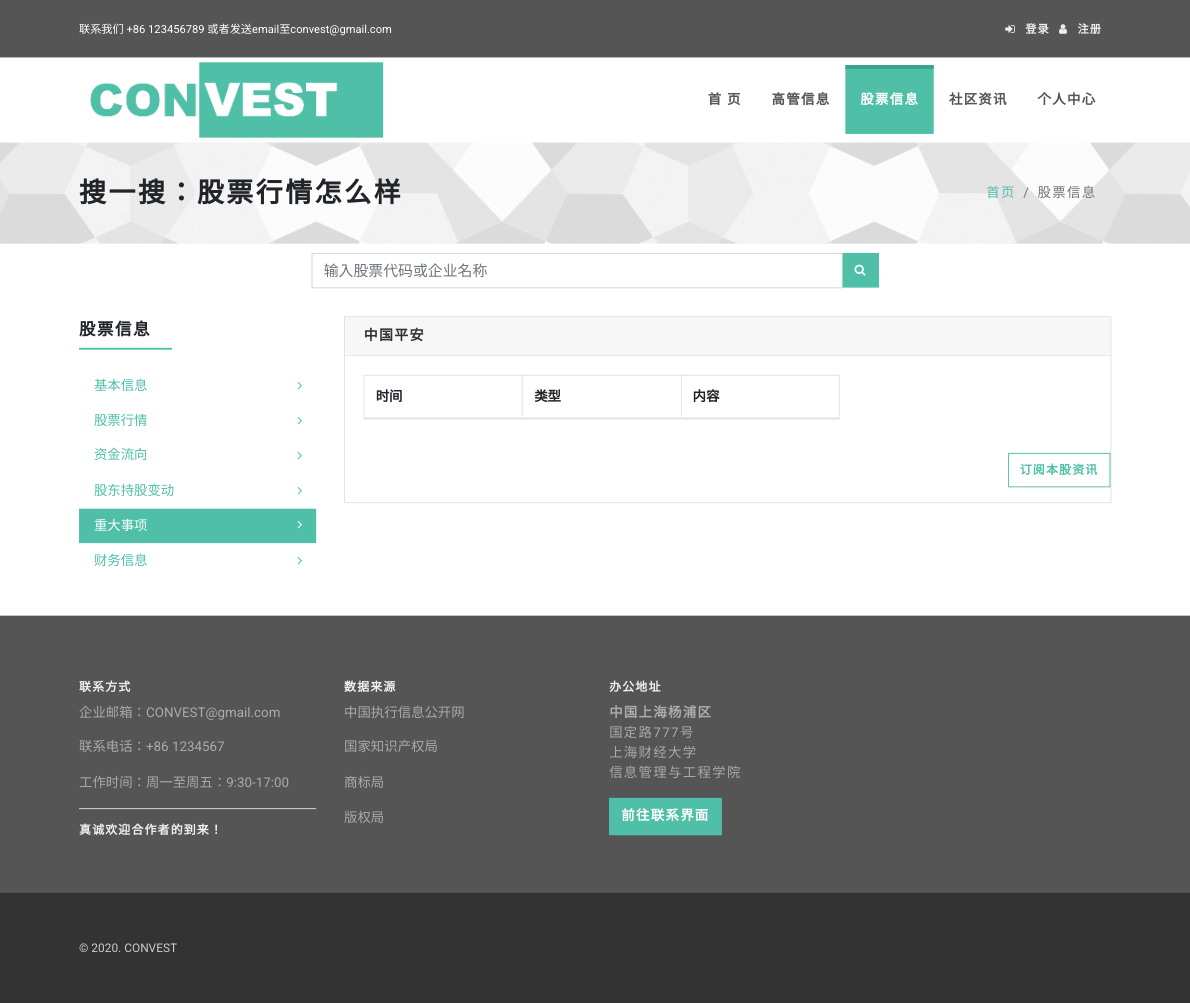
Repository: SUFELYZ/CONVEST
Page: http://localhost/CONVEST/template-blocks.jsp
The author's editor kept a copy of each file at every save. The page is drawn from the files as they stood at one save, then again after the next save.
The browser window is 1280 px wide. The pictures show the whole page, at 93% of full size.
The page is served by Tomcat 9. Other server files are loaded and not shown.

Above is the page before, as saved 2021-01-01 11:45:46.

### CONVEST 1.0/CONVEST/WebContent/template-blocks.jsp
<%@ page language="java" contentType="text/html;  charset=UTF-8" pageEncoding="UTF-8"%>
<!DOCTYPE html>
<html>
  <head>
    <meta charset="utf-8">
    <meta http-equiv="X-UA-Compatible" content="IE=edge">
    <title>CONVEST</title>
    <meta name="description" content="">
    <meta name="viewport" content="width=device-width, initial-scale=1">
    <meta name="robots" content="all,follow">
    <!-- Bootstrap CSS-->
    <link rel="stylesheet" href="vendor/bootstrap/css/bootstrap.min.css">
    <!-- Font Awesome CSS-->
    <link rel="stylesheet" href="vendor/font-awesome/css/font-awesome.min.css">
    <!-- Google fonts - Roboto-->
    <link rel="stylesheet" href="https://fonts.googleapis.com/css?family=Roboto:300,400,700">
    <!-- Bootstrap Select-->
    <link rel="stylesheet" href="vendor/bootstrap-select/css/bootstrap-select.min.css">
    <!-- owl carousel-->
    <link rel="stylesheet" href="vendor/owl.carousel/assets/owl.carousel.css">
    <link rel="stylesheet" href="vendor/owl.carousel/assets/owl.theme.default.css">
    <!-- theme stylesheet-->
    <link rel="stylesheet" href="css/style.default.css" id="theme-stylesheet">
    <!-- Custom stylesheet - for your changes-->
    <link rel="stylesheet" href="css/custom.css">


    <!-- Favicon and apple touch icons-->
    <link rel="shortcut icon" href="img/favicon.ico" type="image/x-icon">
    <link rel="apple-touch-icon" href="img/apple-touch-icon.png">
    <link rel="apple-touch-icon" sizes="57x57" href="img/apple-touch-icon-57x57.png">
    <link rel="apple-touch-icon" sizes="72x72" href="img/apple-touch-icon-72x72.png">
    <link rel="apple-touch-icon" sizes="76x76" href="img/apple-touch-icon-76x76.png">
    <link rel="apple-touch-icon" sizes="114x114" href="img/apple-touch-icon-114x114.png">
    <link rel="apple-touch-icon" sizes="120x120" href="img/apple-touch-icon-120x120.png">
    <link rel="apple-touch-icon" sizes="144x144" href="img/apple-touch-icon-144x144.png">
    <link rel="apple-touch-icon" sizes="152x152" href="img/apple-touch-icon-152x152.png">
    <!-- Tweaks for older IEs--><!--[if lt IE 9]>
        <script src="https://oss.maxcdn.com/html5shiv/3.7.3/html5shiv.min.js"></script>
        <script src="https://oss.maxcdn.com/respond/1.4.2/respond.min.js"></script><![endif]-->
  </head>
 <body>
    <div id="all">
      <!-- Top bar-->
      <div class="top-bar">
        <div class="container">
          <div class="row d-flex align-items-center">
            <div class="col-md-6 d-md-block d-none">
              <p>联系我们 +86 123456789 或者发送email至convest@gmail.com</p>
            </div>
            <div class="col-md-6">
              <div class="d-flex justify-content-md-end justify-content-between">
                <ul class="list-inline contact-info d-block d-md-none">
                  <li class="list-inline-item"><a href="#"><i class="fa fa-phone"></i></a></li>
                  <li class="list-inline-item"><a href="#"><i class="fa fa-envelope"></i></a></li>
                </ul>
                <div class="login"><a href="#" data-toggle="modal" data-target="#login-modal" class="login-btn"><i class="fa fa-sign-in"></i><span class="d-none d-md-inline-block">登录</span></a><a href="customer-register.jsp" class="signup-btn"><i class="fa fa-user"></i><span class="d-none d-md-inline-block">注册</span></a></div>

              </div>
            </div>
          </div>
        </div>
      </div>
      <!-- Top bar end-->
      <!-- Login Modal-->
      <div id="login-modal" tabindex="-1" role="dialog" aria-labelledby="login-modalLabel" aria-hidden="true" class="modal fade">
        <div role="document" class="modal-dialog">
          <div class="modal-content">
            <div class="modal-header">
              <h4 id="login-modalLabel" class="modal-title">用户登录</h4>
              <button type="button" data-dismiss="modal" aria-label="Close" class="close"><span aria-hidden="true">×</span></button>
            </div>
            <div class="modal-body">
              <form action="个人中心.jsp" method="get">
                <div class="form-group">
                  <input id="email_modal" type="text" placeholder="email" class="form-control">
                </div>
                <div class="form-group">
                  <input id="password_modal" type="password" placeholder="密码" class="form-control">
                </div>
                <p class="text-center">
                  <button class="btn btn-template-outlined"><i class="fa fa-sign-in"></i> 登录</button>
                </p>
              </form>
              <p class="text-center text-muted">还没注册？</p>
              <p class="text-center text-muted"><a href="customer-register.jsp"><strong>即刻注册</strong></a>! 只需一分钟，体验更多功能！</p>
            </div>
          </div>
        </div>
      </div>
      <!-- Login modal end-->
      <!-- Navbar Start-->
      <header class="nav-holder make-sticky">
        <div id="navbar" role="navigation" class="navbar navbar-expand-lg">
          <div class="container"><a href="首页.jsp" class="navbar-brand home"><img src="img/logo.png" alt="Universal logo" class="d-none d-md-inline-block"><img src="img/logo-small.png" alt="Universal logo" class="d-inline-block d-md-none"><span class="sr-only">Universal - go to homepage</span></a>
            <button type="button" data-toggle="collapse" data-target="#navigation" class="navbar-toggler btn-template-outlined"><span class="sr-only">Toggle navigation</span><i class="fa fa-align-justify"></i></button>
            <div id="navigation" class="navbar-collapse collapse">
              <ul class="nav navbar-nav ml-auto">
                <li class="nav-item dropdown menu-large"><a href="首页.jsp" >首 页 <b class="caret"></b></a>

                </li>
                <li class="nav-item dropdown menu-large"><a href="高管信息.jsp">高管信息 <b class="caret"></b></a>

                </li>
                <li class="nav-item dropdown active"><a href="股票信息.jsp" >股票信息<b class="caret"></b></a>

                </li>
                <li class="nav-item dropdown menu-large"><a href="社区资讯.jsp" >社区资讯 <b class="caret"></b></a>

                </li>

                <li class="nav-item dropdown menu-large"><a href="个人中心.jsp" >个人中心 <b class="caret"></b></a>

                </li>                <!-- ========== Contact dropdown end ==================-->
              </ul>
            </div>
            <div id="search" class="collapse clearfix">
              <form role="search" class="navbar-form">
                <div class="input-group">
                  <input type="text" placeholder="Search" class="form-control"><span class="input-group-btn">
                    <button type="submit" class="btn btn-template-main"><i class="fa fa-search"></i></button></span>
                </div>
              </form>
            </div>
          </div>
        </div>
      </header>
      <!-- Navbar End-->

      <div id="heading-breadcrumbs">
        <div class="container">
          <div class="row d-flex align-items-center flex-wrap">
            <div class="col-md-7">
              <h1 class="h2">搜一搜：股票行情怎么样</h1>
            </div>
            <div class="col-md-5">
              <ul class="breadcrumb d-flex justify-content-end">
                <li class="breadcrumb-item"><a href="首页.jsp">首页</a></li>
                <li class="breadcrumb-item active">股票信息</li>
              </ul>
            </div>
          </div>
        </div>
      </div>

       <div class="col-md-6" >

                  <form role="search" >
                    <div class="input-group" >
                      <input type="text" placeholder="输入股票代码或企业名称" class="form-control" id="stock_event_id"><span class="input-group-btn" id="template">
                        <button type="submit" class="btn btn-template-main"><i class="fa fa-search"></i></button></span>
                    </div>
                  </form>
                </div>

      <section class="bar">
        <div class="container">
          <div class="row">

            <div class="col-lg-3">
              <!-- MENUS AND WIDGETS -->
              <div class="panel panel-default sidebar-menu with-icons">
                <div class="panel-heading">
                  <h3 class="h4 panel-title">股票信息</h3>
                </div>
                <div class="panel-body">
                  <ul class="nav nav-pills flex-column text-sm">
                    <li class="nav-item"><a href="股票信息.jsp" class="nav-link">基本信息</a></li>
                    <li class="nav-item"><a href="template-alerts.jsp" class="nav-link">股票行情</a></li>
                    <li class="nav-item"><a href="template-buttons.jsp" class="nav-link">资金流向</a></li>
                    <li class="nav-item"><a href="template-content-boxes.jsp" class="nav-link">股东持股变动</a></li>
                    <li class="nav-item"><a href="template-blocks.jsp" class="nav-link active">重大事项</a></li>
                    <li class="nav-item"><a href="template-pagination.jsp" class="nav-link">财务信息</a></li>

                  </ul>
                </div>
              </div>
            </div>

            <div class="col-lg-9">
              <div id="accordion" role="tablist" class="mb-5">
                <div class="card">
                  <div id="headingOne" role="tab" class="card-header">
                    <h5 class="mb-0"><a data-toggle="collapse" href="#collapseOne" aria-expanded="true" aria-controls="collapseOne">中国平安</a></h5>
                  </div>
                  <div id="collapseOne" role="tabpanel" aria-labelledby="headingOne" data-parent="#accordion" class="collapse show">
                    <div class="card-body">
                      <div class="row">
                        <div class="col-md-8">
                           <div class="stock_event_info">

         <table class="table table-hover table-bordered" id="stock_event">
                     <thead>
                                     <tr>
                                       <th>时间</th>
                                       <th>类型</th>
                                       <th>内容</th>
                                     </tr>
                                   </thead>

	  <tbody id="stock_event-body">
	 </tbody>
	 <script type="text/html" id="stock_event-script">
{{each data value i}}
<tr class="table-data-line">
<td> {{value.eventtime}}</td>
<td> {{value.eventtype}}</td>
<td> {{value.eventcontent}}</td>
</tr>
{{/each}}
	 </script>
	 </table>
                        </div>
                      </div>
                    </div>
                  </div>
                </div>
                <p class="read-more text-right"><a href="blog-post.jsp" class="btn btn-template-outlined">订阅本股资讯</a></p>



              </div>


          </div>
        </div>
      </section>

      <!-- FOOTER -->
     <footer class="main-footer">
        <div class="container">
          <div class="row">
            <div class="col-lg-3">
              <h4 class="h6">联系方式</h4>
              <p>企业邮箱：<a href="mailto:CONVEST@gmail.com" rel="nofollow">CONVEST@gmail.com</a></p>
              <p>联系电话：+86 1234567</p>
              <p>工作时间：周一至周五：9:30-17:00</p>
              <hr>
              <h4 class="h6">真诚欢迎合作者的到来！</h4>

              <hr class="d-block d-lg-none">
            </div>
            <div class="col-lg-3">
              <h4 class="h6">数据来源</h4>
              <p><a href="http://zxgk.court.gov.cn/" target="_blank" rel="nofollow">中国执行信息公开网</a></p>
              <p><a href="http://www.sipo.gov.cn/" target="_blank" rel="nofollow">国家知识产权局</a></p>
              <p><a href="http://sbj.cnipa.gov.cn/" target="_blank" rel="nofollow">商标局</a></p>
              <p><a href="http://www.ncac.gov.cn/" target="_blank" rel="nofollow">版权局</a></p>

            </div>

            <div class="col-lg-3">
              <h4 class="h6">办公地址</h4>
              <p class="text-uppercase"><strong>中国上海杨浦区</strong><br>国定路777号 <br>上海财经大学<br>信息管理与工程学院<br><strong></strong></p><a href="contact.jsp" class="btn btn-template-main">前往联系界面</a>
              <hr class="d-block d-lg-none">
            </div>

          </div>
        </div>
        <div class="copyrights">
          <div class="container">
            <div class="row">
              <div class="col-lg-4 text-center-md">
                <p>&copy; 2020. CONVEST</p>
              </div>

            </div>
          </div>
        </div>
      </footer>
    </div>
    <!-- Javascript files-->
    <script src="vendor/jquery/jquery.min.js"></script>
    <script src="vendor/popper.js/umd/popper.min.js"> </script>
    <script src="vendor/bootstrap/js/bootstrap.min.js"></script>
    <script src="vendor/jquery.cookie/jquery.cookie.js"> </script>
    <script src="vendor/waypoints/lib/jquery.waypoints.min.js"> </script>
    <script src="vendor/jquery.counterup/jquery.counterup.min.js"> </script>
    <script src="vendor/owl.carousel/owl.carousel.min.js"></script>
    <script src="vendor/owl.carousel2.thumbs/owl.carousel2.thumbs.min.js"></script>
    <script src="js/jquery.parallax-1.1.3.js"></script>
    <script src="vendor/bootstrap-select/js/bootstrap-select.min.js"></script>
    <script src="vendor/jquery.scrollto/jquery.scrollTo.min.js"></script>
    <script src="js/front.js"></script>
    <script src="js/jquery.dataTables.min.js"></script>
    <script src="js/template.js"></script>
  </body>
  <script>
  $('body').on('click', '#template', function () {



	    jQuery.noConflict();
	    jQuery('#stock_event').dataTable().fnDestroy();
	    jQuery.ajax({

	        url: "Querystock_event",
	        type: "post",
	        cache:false,
	        data:{
	        	stock_event:jQuery("#stock_event_id").val(),

	        },
	        async: false,
	        success: function (data) {
	            console.log(data);
	            jQuery("#stock_event-body").empty();
	            jQuery("#stock_event-body").append(template("stock_event-script", { data: data }));

	        }, error: function (data) {
	        }
	    });

 });


 </script>
</html>

Loaded but not shown: CONVEST 1.0/CONVEST/WebContent/css/custom.css (common file); CONVEST 1.0/CONVEST/WebContent/js/jquery.parallax-1.1.3.js (common file); CONVEST 1.0/CONVEST/WebContent/js/jquery.dataTables.min.js (library); CONVEST 1.0/CONVEST/WebContent/js/template.js (library); CONVEST 1.0/CONVEST/WebContent/js/front.js (295 lines, source omitted); CONVEST 1.0/CONVEST/WebContent/css/style.default.css (3694 lines, source omitted)

After the next save:
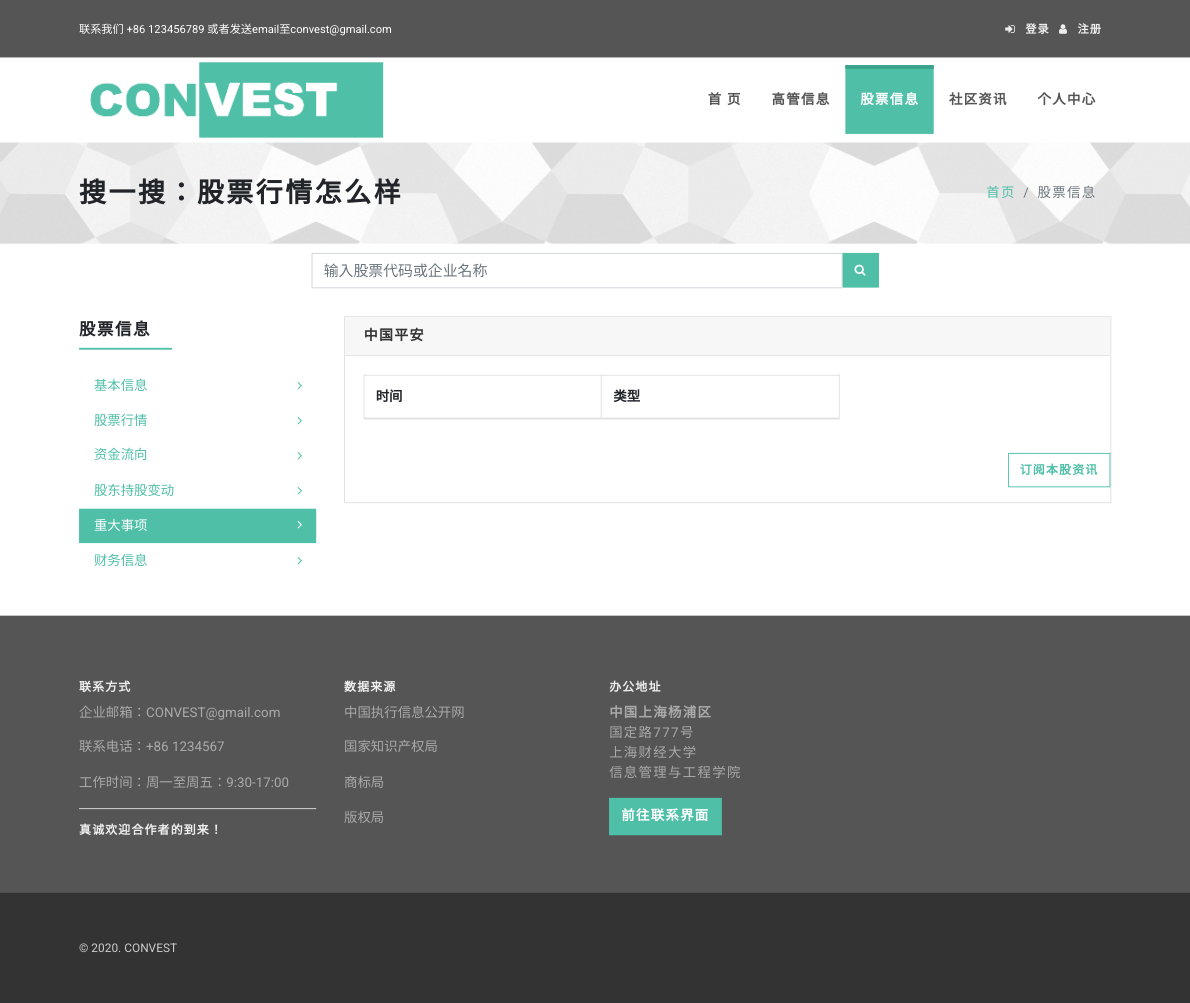
Saved 11 s later.
--- a/CONVEST 1.0/CONVEST/WebContent/template-blocks.jsp
+++ b/CONVEST 1.0/CONVEST/WebContent/template-blocks.jsp
@@ -194,7 +194,7 @@
                                      <tr>
                                        <th>时间</th>
                                        <th>类型</th>
-                                       <th>内容</th>
+
                                      </tr>
                                    </thead>
 
@@ -205,7 +205,7 @@
 <tr class="table-data-line">
 <td> {{value.eventtime}}</td>
 <td> {{value.eventtype}}</td>
-<td> {{value.eventcontent}}</td>
+
 </tr>
 {{/each}}
 	 </script>

After the save that followed:
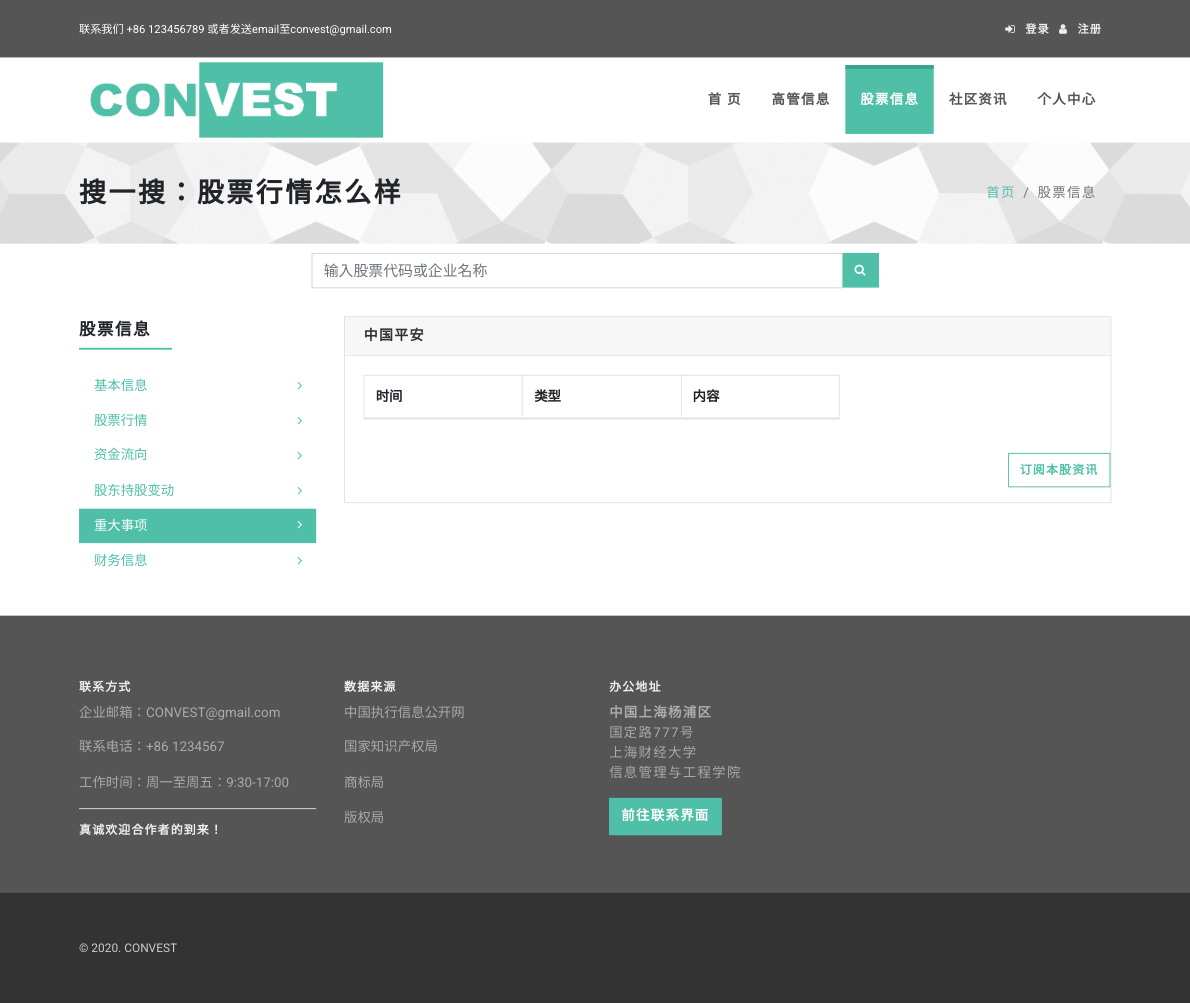
Saved 2 min 35 s later.
--- a/CONVEST 1.0/CONVEST/WebContent/template-blocks.jsp
+++ b/CONVEST 1.0/CONVEST/WebContent/template-blocks.jsp
@@ -194,7 +194,7 @@
                                      <tr>
                                        <th>时间</th>
                                        <th>类型</th>
-
+                                       <th>内容</th>
                                      </tr>
                                    </thead>
 
@@ -205,7 +205,7 @@
 <tr class="table-data-line">
 <td> {{value.eventtime}}</td>
 <td> {{value.eventtype}}</td>
-
+<td> {{value.eventcontent}}</td>
 </tr>
 {{/each}}
 	 </script>
